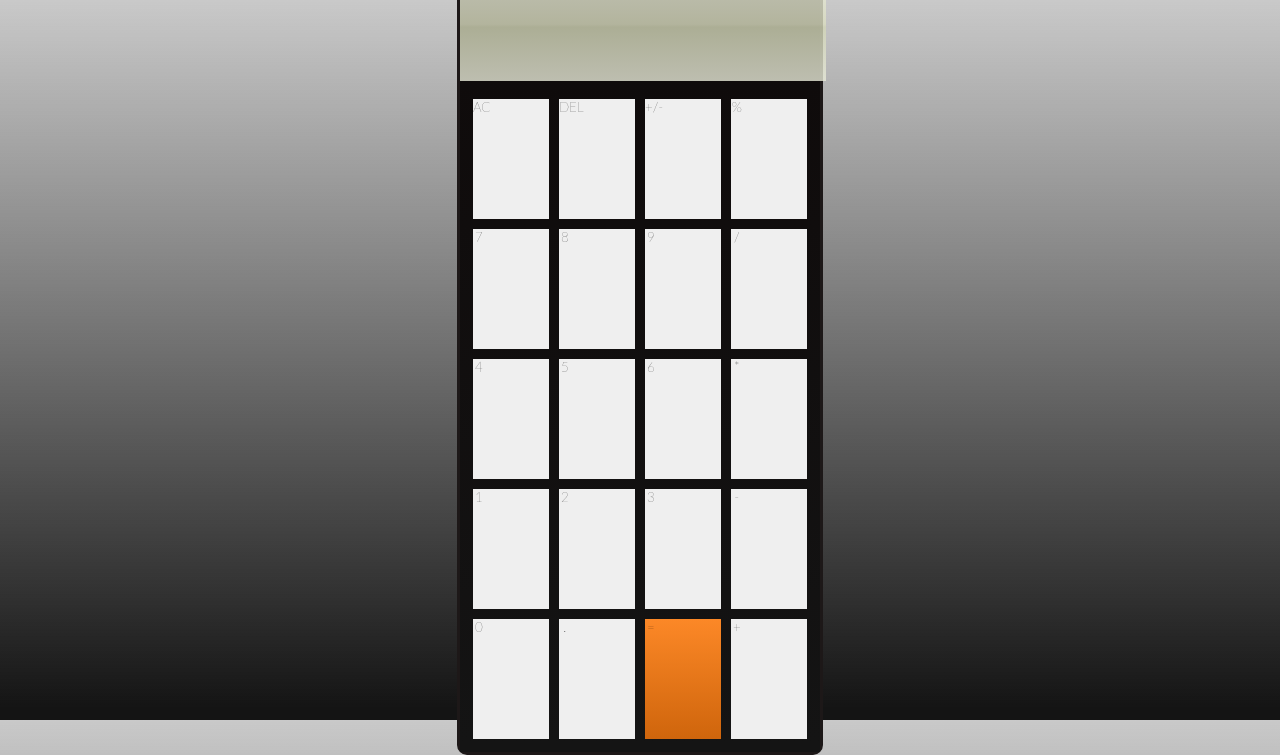
Repository: MhlengiNgubane/BrainnestJsTwo
Page: index.html
The author's editor kept a copy of each file at every save. The page is drawn from the files as they stood at one save, then again after a run of saves.
The browser window is 1280 px wide. The pictures show the whole page.

Above is the page before, as saved 2022-09-12 09:36:52.

After the next 5 saves:
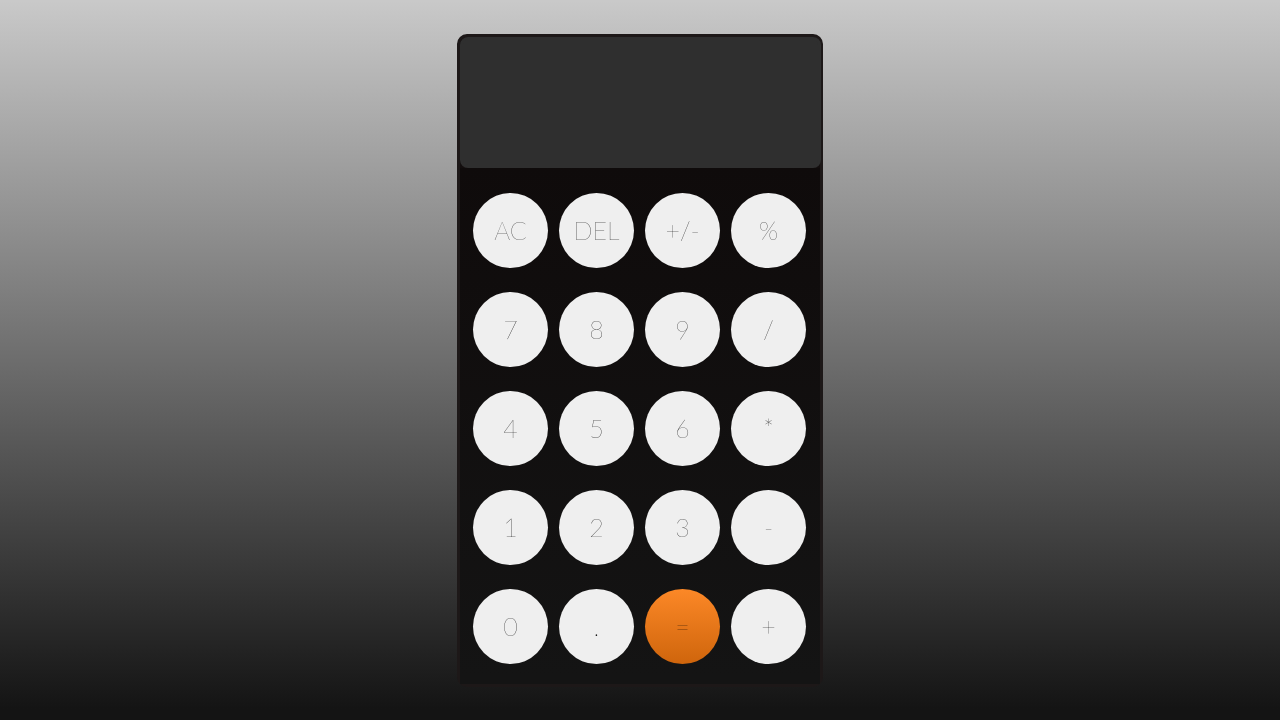
The 5 saves are shown as one change because they came seconds apart.
The last was saved 9 s later.
--- a/style.css
+++ b/style.css
@@ -18,12 +18,7 @@ body{
     justify-content: center;
 }
 
-.wrapper{
-    width: 420px;
-    height: 620px;
-    background: #090909;
-    border-radius: 60px;
-}
+
 
 .container{
     align-items: center;
@@ -38,20 +33,15 @@ body{
 }
 
 .input{
-    background: linear-gradient(360deg, #E8EAD8 0%, #D2D6B7 48.12%, #DBDEC1 50.76%, #EDEFE0 100%);
-    width: 94%;
-    min-height: 65px;
-    padding: 0 14px;
-    text-align:  end;
-    font-size: 48px;
-    line-height: 112px;
-    display: flex;
-    align-items: center;
-    justify-content: end;
-    color: #000000;
-    opacity: 0.8;
-    outline: none;
-    border: none;
+    position: relative;
+    width: 355px;
+    height: 125px;
+    border: 3px solid #2f2f2f;
+    text-align: right;
+    border-radius: 8px;
+    background-color: #2f2f2f;
+    color: #fff;
+    font-size: 60px;
 }
 
 .buttons{
@@ -64,10 +54,15 @@ body{
 }
 
 button{
-    display: grid;
-    grid-gap: 10px;
-    grid-template-columns: repeat(4, 1fr);
-    grid-template-rows: repeat(5, 1fr);
+    border: 1;
+    outline: none;
+    height: 75px;
+    width: 75px;
+    border-radius: 70px;
+    text-align: center;
+    margin-top: 7px;
+    margin-bottom: 7px;
+    font-size: 25px;
 }
 
 .grey{
